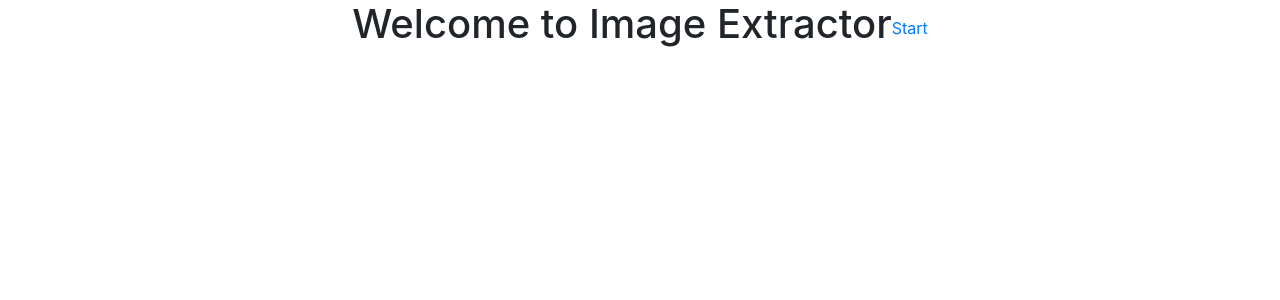
Repository: Rainam98/ImageExtractor
Page: http://localhost/demo/
An editor plug-in stored every save of this project. The page is shown before and after the next save, followed by the edit.
The browser window is 1280 px wide. The pictures show the whole page.
The page is served by Tomcat 9. Other server files are loaded and not shown.

Above is the page before, as saved 2023-06-02 05:05:43.

### demo/src/main/webapp/index.jsp
<!DOCTYPE html PUBLIC "-//W3C//DTD HTML 4.01 Transitional//EN" "http://www.w3.org/TR/html4/loose.dtd">
<html>
<head>
<link rel="stylesheet"
	href="https://cdn.jsdelivr.net/npm/bootstrap@4.3.1/dist/css/bootstrap.min.css"
	integrity="sha384-ggOyR0iXCbMQv3Xipma34MD+dH/1fQ784/j6cY/iJTQUOhcWr7x9JvoRxT2MZw1T"
	crossorigin="anonymous">
<title>Image Extractor</title>
</head>
<body>
<div class="h-100 d-flex align-items-center justify-content-center">
	<h1 >Welcome to Image Extractor</h1>
	<br>
	<br>
	<a href="/start">Start</a>
	</div>
</body>
</html>

After the next save:
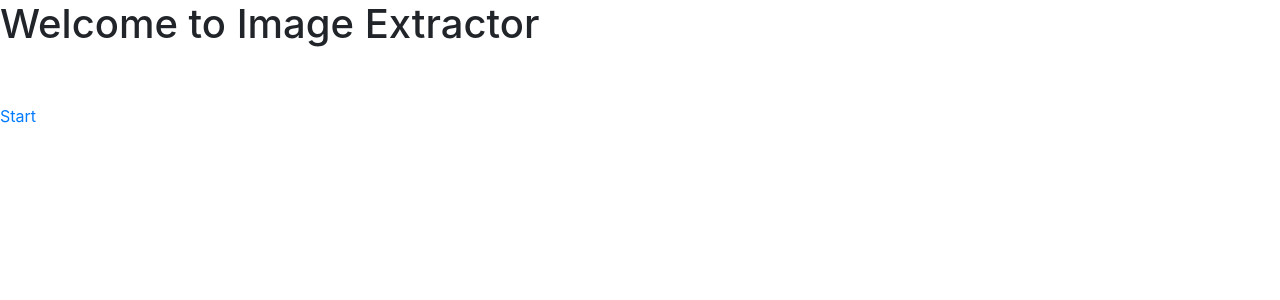
Saved 14 s later.
--- a/demo/src/main/webapp/index.jsp
+++ b/demo/src/main/webapp/index.jsp
@@ -8,7 +8,7 @@
 <title>Image Extractor</title>
 </head>
 <body>
-<div class="h-100 d-flex align-items-center justify-content-center">
+<div class="h-100 align-items-center justify-content-center">
 	<h1 >Welcome to Image Extractor</h1>
 	<br>
 	<br>
